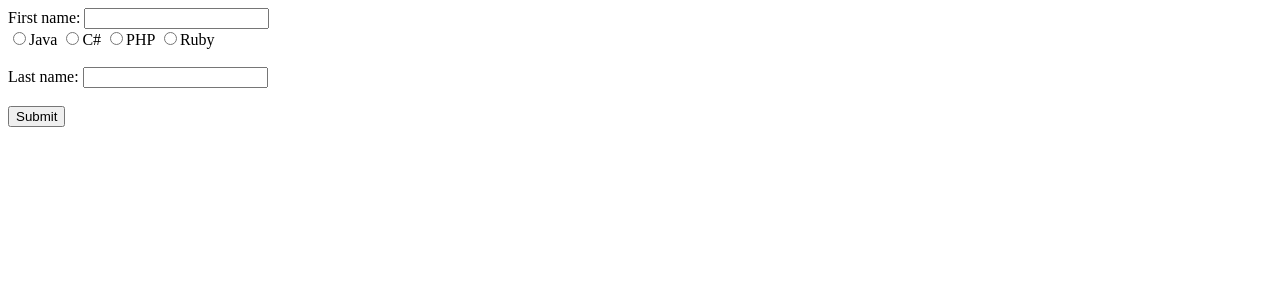
Repository: mohdsalman1994/JspServletProjects
Page: jspdemo/WebContent/student-checkbox-form.html
The author's editor kept a copy of each file at every save. The page is drawn from the files as they stood at one save, then again after the next save.
The browser window is 1280 px wide. The pictures show the whole page.

Above is the page before, as saved 2017-08-03 10:11:08.

After the next save:
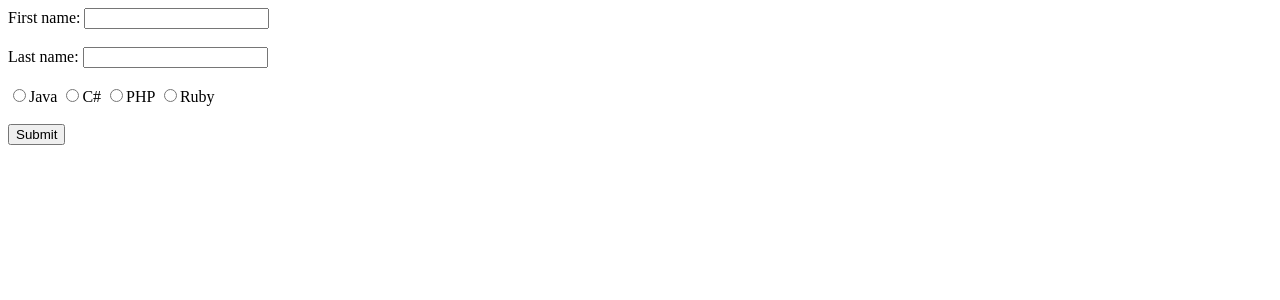
Saved 8 min 19 s later.
--- a/jspdemo/WebContent/student-checkbox-form.html
+++ b/jspdemo/WebContent/student-checkbox-form.html
@@ -7,7 +7,11 @@
 <body>
 <form action="student-radio-response.jsp">
 
-First name: <input type="text" name="firstName" /> <br />
+First name: <input type="text" name="firstName" />
+
+<br /><br />
+Last name: <input type="text" name="lastName" />
+<br /><br />
 
 <input type="radio" name="favouriteLanguage" value="Java" />Java
 
@@ -17,9 +21,6 @@ First name: <input type="text" name="firstName" /> <br />
 
 <input type="radio" name="favouriteLanguage" value="Ruby" />Ruby
 
-
-<br /><br />
-Last name: <input type="text" name="lastName" />
 <br /><br />
 
 <button type="submit">Submit</button>
